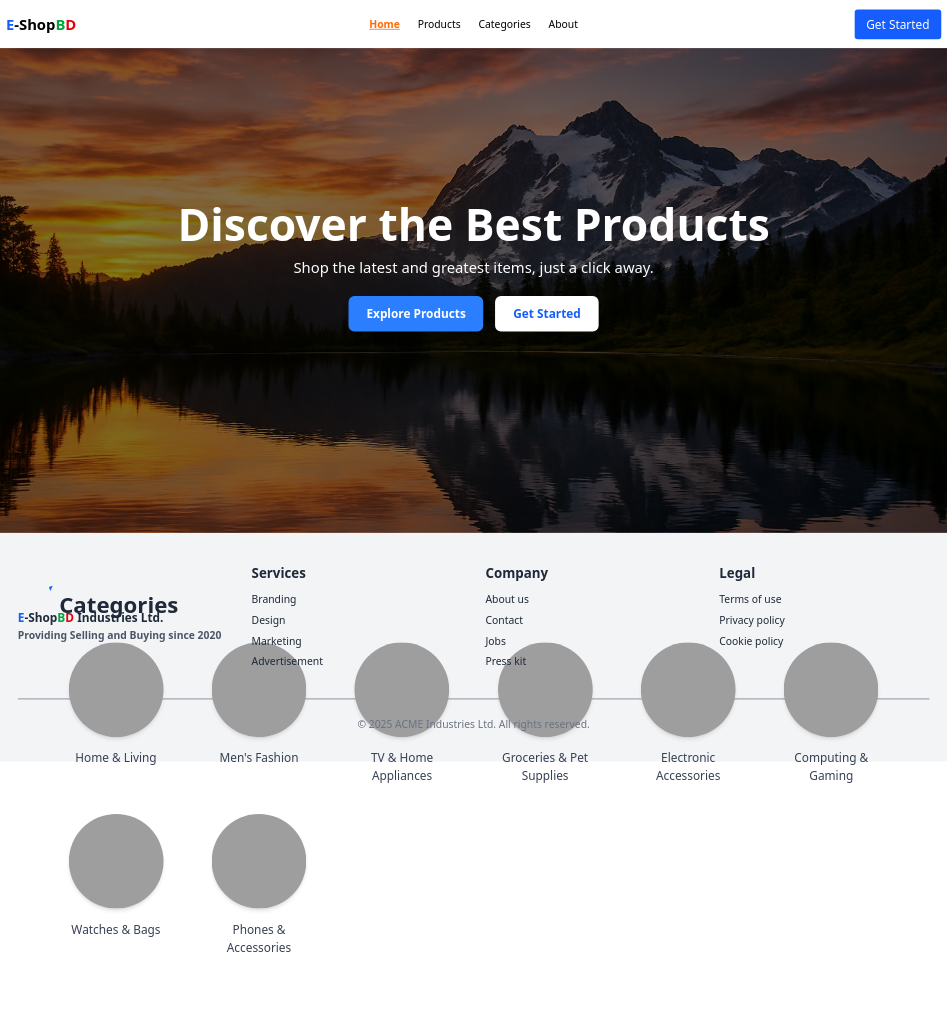
Repository: syedbayzid82849/E-shopBD
Page: /
An editor plug-in stored every save of this project. The page is shown before and after the next save, followed by the edit.
The browser window is 1280 px wide. The pictures show the whole page, at 74% of full size.
Pictures or frames that could not be fetched are drawn as grey boxes. The project was rebuilt for these pictures with package versions that can differ from the ones it lists, and the page was loaded fresh each time. The framework's server and built-in components were replaced by stand-ins that run in the browser. Also part of the build but not shown: next.config.mjs, src/app/page.module.css, src/app/layouts/page.js.

Above is the page before, as saved 2025-08-22 11:16:27.

### src/app/layout.js
import { Geist, Geist_Mono } from "next/font/google";
import "./globals.css";
import Navbar from "./components/Navbar";
import Footer from "./components/Footer";

const geistSans = Geist({
  variable: "--font-geist-sans",
  subsets: ["latin"],
});

const geistMono = Geist_Mono({
  variable: "--font-geist-mono",
  subsets: ["latin"],
});

export const metadata = {
  title: "Create Next App",
  description: "Generated by create next app",
};

export default function RootLayout({ children }) {
  return (
    <html lang="en">
      <body className={`${geistSans.variable} ${geistMono.variable}`}>
        <nav>
          <Navbar></Navbar>
        </nav>
      <main className="h-screen ">
        {children}
      </main>
      <footer>
        <Footer></Footer>
      </footer>
      </body>
    </html>
  );
}

### src/app/page.js
import Image from "next/image";
import styles from "./page.module.css";
import Layout from "./layouts/page";
import Navbar from "./components/Navbar";
import Hero from "./components/HeroSection";
import Categories from "./categories/page";

export default function Home() {
  return (
    <div className=''>
      <Hero></Hero>
      <Categories></Categories>
    </div>
  );
}

### src/app/globals.css
@import "tailwindcss";

@plugin "daisyui" {
    themes: light;
}

### src/app/components/Navbar.jsx
"use client";
import { useState } from "react";
import Link from "next/link";
import { usePathname } from "next/navigation";

export default function Navbar() {
    const [isOpen, setIsOpen] = useState(false);
    const pathname = usePathname();

    const isActive = (path) =>
        pathname === path
            ? "underline text-orange-500 font-semibold"
            : "";

    const navMenu = () => {
        return (
            <>
                <li>
                    <Link href="/" className={isActive("/")}>
                        Home
                    </Link>
                </li>
                <li>
                    <Link href="/products" className={isActive("/products")}>
                        Products
                    </Link>
                </li>
                <li>
                    <Link href="/categories" className={isActive("/categories")}>
                        Categories
                    </Link>
                </li>
                <li>
                    <Link href="/about" className={isActive("/about")}>
                        About
                    </Link>
                </li>
            </>
        );
    };


    return (
        <div className="navbar bg-white shadow-sm fixed z-50">
            <div className="navbar-start">
                <div className="dropdown ">
                    <div tabIndex={0} role="button" className="btn btn-ghost lg:hidden">
                        <svg xmlns="http://www.w3.org/2000/svg" className="h-5 w-5" fill="none" viewBox="0 0 24 24" stroke="currentColor"> <path strokeLinecap="round" strokeLinejoin="round" strokeWidth="2" d="M4 6h16M4 12h8m-8 6h16" /> </svg>
                    </div>
                    <ul
                        tabIndex={0}
                        className="dropdown-content bg-white rounded z-50 mt-3 w-52 p-2 shadow"
                    >
                        {navMenu()}
                    </ul>
                </div>
                <a className=" text-xl font-bold">
                    <span className="text-blue-600">E</span>
                    <span>-Shop</span>
                    <span className="text-green-600">B</span>
                    <span className="text-red-600">D</span></a>
            </div>
            <div className="navbar-center hidden lg:flex">
                <ul className="menu menu-horizontal px-1">
                    {navMenu()}
                </ul>
            </div>
            <div className="navbar-end">
                <Link
                    href="/login"
                    className="bg-blue-600 text-white px-4 py-2 rounded hover:bg-blue-700"
                >
                    Get Started
                </Link>
            </div>
        </div>
    );
}

### src/app/components/Footer.jsx
import React from 'react'

export default function Footer() {
    return (
        <>
            <footer className="bg-gray-100 text-gray-800 py-10 px-6">
                <div className="max-w-7xl mx-auto grid grid-cols-1 sm:grid-cols-2 md:grid-cols-4 gap-8">

                    {/* Logo & About */}
                    <div>
                        <svg
                            width="50"
                            height="50"
                            viewBox="0 0 24 24"
                            xmlns="http://www.w3.org/2000/svg"
                            className="fill-current text-blue-600 mb-3"
                        >
                            <path d="M22.672 15.226l-2.432.811.841 2.515c..."></path>
                        </svg>
                        <p className="font-semibold">
                            <span className="text-blue-600">E</span>
                            <span>-Shop</span>
                            <span className="text-green-600">B</span>
                            <span className="text-red-600">D</span> Industries Ltd. <br />
                            <span className="text-sm text-gray-600">
                                Providing Selling and Buying since 2020
                            </span>
                        </p>
                    </div>

                    {/* Services */}
                    <div>
                        <h6 className="text-lg font-bold mb-3">Services</h6>
                        <ul className="space-y-2 text-sm">
                            <li><a href="#" className="hover:text-blue-600">Branding</a></li>
                            <li><a href="#" className="hover:text-blue-600">Design</a></li>
                            <li><a href="#" className="hover:text-blue-600">Marketing</a></li>
                            <li><a href="#" className="hover:text-blue-600">Advertisement</a></li>
                        </ul>
                    </div>

                    {/* Company */}
                    <div>
                        <h6 className="text-lg font-bold mb-3">Company</h6>
                        <ul className="space-y-2 text-sm">
                            <li><a href="#" className="hover:text-blue-600">About us</a></li>
                            <li><a href="#" className="hover:text-blue-600">Contact</a></li>
                            <li><a href="#" className="hover:text-blue-600">Jobs</a></li>
                            <li><a href="#" className="hover:text-blue-600">Press kit</a></li>
                        </ul>
                    </div>

                    {/* Legal */}
                    <div>
                        <h6 className="text-lg font-bold mb-3">Legal</h6>
                        <ul className="space-y-2 text-sm">
                            <li><a href="#" className="hover:text-blue-600">Terms of use</a></li>
                            <li><a href="#" className="hover:text-blue-600">Privacy policy</a></li>
                            <li><a href="#" className="hover:text-blue-600">Cookie policy</a></li>
                        </ul>
                    </div>
                </div>

                {/* Bottom section */}
                <div className="mt-10 border-t pt-6 text-center text-sm text-gray-500">
                    © {new Date().getFullYear()} ACME Industries Ltd. All rights reserved.
                </div>
            </footer></>
    )
}

### src/app/components/HeroSection.jsx
import Link from "next/link";
import heroBg from '../../../public/assets/bg-hero.png'

export default function Hero() {
    return (
        <section
            className="relative h-screen max-h-[775px] bg-cover bg-center flex items-center justify-center"
            style={{ backgroundImage: "url('/assets/bg-hero.png')" }}
        >
            {/* Overlay for dark effect */}
            <div className="absolute inset-0 bg-black/50"></div>

            {/* Content */}
            <div className="relative z-10 text-center text-white px-4">
                <h1 className="text-4xl md:text-6xl font-bold mb-4">
                    Discover the Best Products
                </h1>
                <p className="text-lg md:text-xl mb-6">
                    Shop the latest and greatest items, just a click away.
                </p>
                <div className="flex justify-center gap-4">
                    <Link
                        href="/products"
                        className="bg-blue-500 hover:bg-blue-600 px-6 py-3 rounded-lg font-semibold shadow-lg transition"
                    >
                        Explore Products
                    </Link>
                    <Link
                        href="/login"
                        className="bg-white text-blue-600 hover:bg-gray-100 px-6 py-3 rounded-lg font-semibold shadow-lg transition"
                    >
                        Get Started
                    </Link>
                </div>
            </div>
        </section>
    );
}

### src/app/categories/page.jsx
import React from 'react';

// products.json ফাইল থেকে ডেটা ইম্পোর্ট করা হচ্ছে।
// এই ফাইলটি আপনার প্রজেক্টে থাকা উচিত।
// তবে, এই ডেমো কোডে, আমরা JSON ডেটাকে সরাসরি একটি ভেরিয়েবলে ব্যবহার করছি।
const productsData = [
  { "category": "Home & Living", "thumbnail": "https://images.unsplash.com/photo-1596791011855-6b5c00e6d6b1?ixlib=rb-1.2.1&auto=format&fit=crop" },
  { "category": "Men's Fashion", "thumbnail": "https://images.unsplash.com/photo-1521572172772-f28941031d23?ixlib=rb-1.2.1&auto=format&fit=crop" },
  { "category": "TV & Home Appliances", "thumbnail": "https://images.unsplash.com/photo-1571176288869-703348c4547c?ixlib=rb-1.2.1&auto=format&fit=crop" },
  { "category": "Groceries & Pet Supplies", "thumbnail": "https://images.unsplash.com/photo-1542838132-92c90c33a92b?ixlib=rb-1.2.1&auto=format&fit=crop" },
  { "category": "Electronic Accessories", "thumbnail": "https://images.unsplash.com/photo-1550529555-ff3d0859c836?ixlib=rb-1.2.1&auto=format&fit=crop" },
  { "category": "Computing & Gaming", "thumbnail": "https://images.unsplash.com/photo-1587829744585-780c103986c7?ixlib=rb-1.2.1&auto=format&fit=crop" },
  { "category": "Watches & Bags", "thumbnail": "https://images.unsplash.com/photo-1523275371286-6215a7732a3d?ixlib=rb-1.2.1&auto=format&fit=crop" },
  { "category": "Phones & Accessories", "thumbnail": "https://images.unsplash.com/photo-1601701384074-98c9f0a51c4a?ixlib=rb-1.2.1&auto=format&fit=crop" }
];

// এই ফাংশনটি অনন্য ক্যাটাগরিগুলো বের করে
const getUniqueCategories = (data) => {
  const categories = {};
  data.forEach(product => {
    if (!categories[product.category]) {
      categories[product.category] = product.thumbnail;
    }
  });
  return Object.keys(categories).map(key => ({
    name: key,
    image: categories[key]
  }));
};

export default function Categories() {
  const uniqueCategories = getUniqueCategories(productsData);

  return (
    <div className="bg-white p-8 sm:p-12 md:p-16 lg:p-20 font-sans">
      <h2 className="text-xl sm:text-2xl md:text-3xl font-semibold mb-8 text-gray-800">
        Categories
      </h2>

      <div className="grid grid-cols-2 sm:grid-cols-3 md:grid-cols-4 lg:grid-cols-6 gap-6 sm:gap-8 md:gap-10">
        {uniqueCategories.map((category, index) => (
          // প্রতিটি ক্যাটাগরি রেন্ডার করা হচ্ছে।
          <div key={index} className="flex flex-col items-center text-center cursor-pointer group">
            {/* ক্যাটাগরি আইকন ইমেজ */}
            <div className="w-24 h-24 sm:w-28 sm:h-28 md:w-32 md:h-32 rounded-full overflow-hidden mb-2 shadow-md hover:shadow-lg transition-shadow duration-300">
              <img
                src={category.image}
                alt={category.name}
                className="w-full h-full object-cover group-hover:scale-105 transition-transform duration-300"
              />
            </div>

            {/* ক্যাটাগরির নাম */}
            <h3 className="text-sm sm:text-base font-medium text-gray-700 mt-2">
              {category.name}
            </h3>
          </div>
        ))}
      </div>
    </div>
  );
}

After the next save:
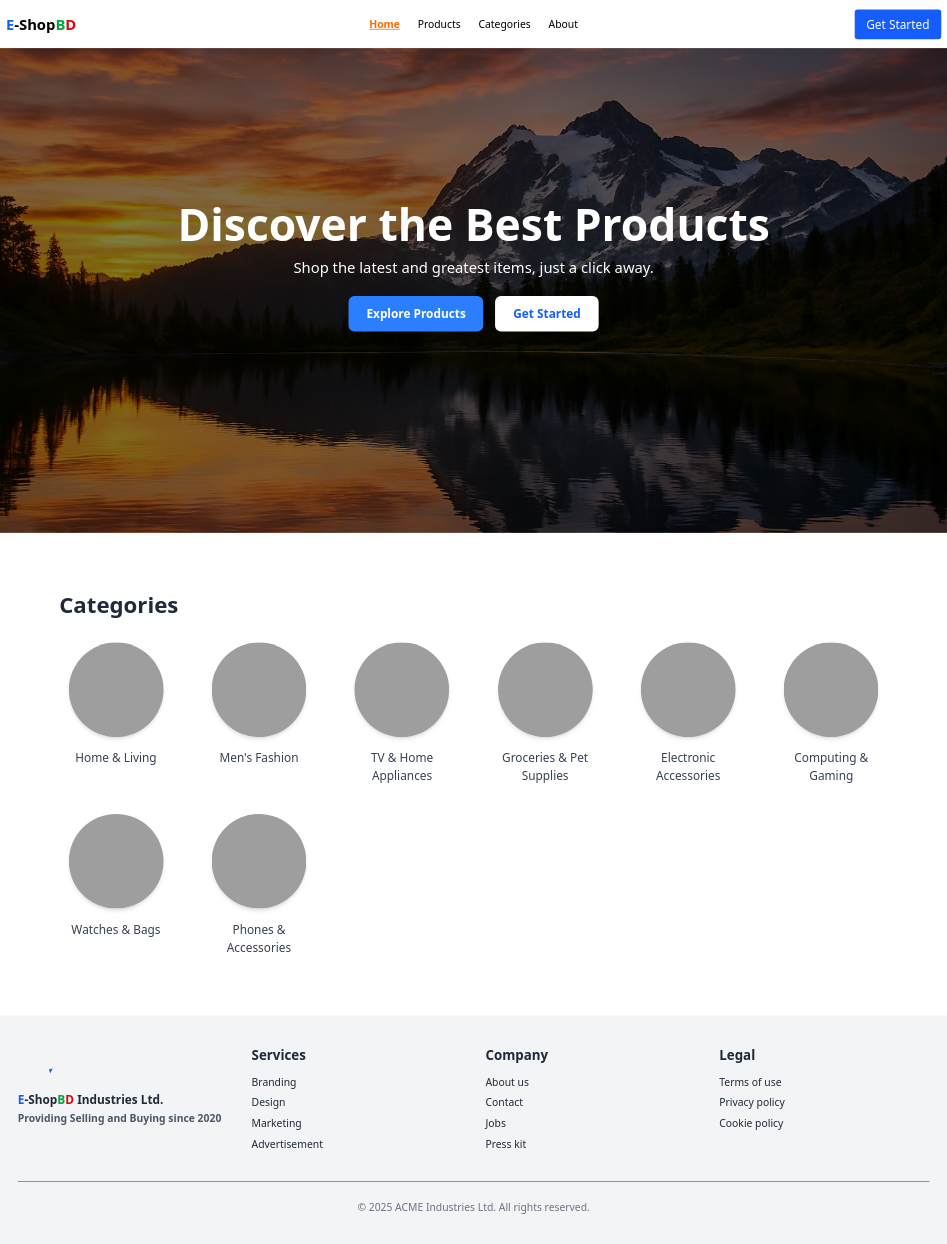
Saved 35 s later.
--- a/src/app/layout.js
+++ b/src/app/layout.js
@@ -25,7 +25,7 @@ export default function RootLayout({ children }) {
         <nav>
           <Navbar></Navbar>
         </nav>
-      <main className="h-screen ">
+      <main className=" ">
         {children}
       </main>
       <footer>
